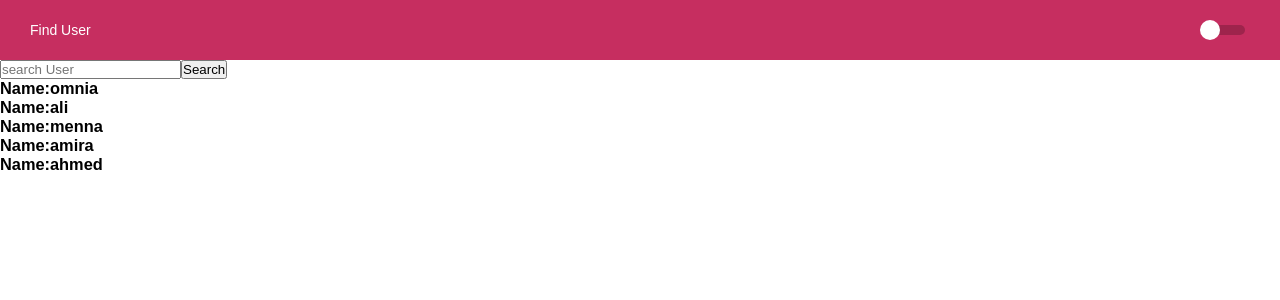
Repository: OmniaRafat232111121/Tic-Tac-Toe
Page: /
The author's editor kept a copy of each file at every save. The page is drawn from the files as they stood at one save, then again after a run of saves.
The browser window is 1280 px wide. The pictures show the whole page.
The project was rebuilt for these pictures with package versions that can differ from the ones it lists, and the page was loaded fresh each time.

Above is the page before, as saved 2022-09-20 16:55:21.

### src/index.tsx
import React from 'react';
import ReactDOM from 'react-dom/client';
import './index.css';
import App from './App';
const root = ReactDOM.createRoot(
  document.getElementById('root') as HTMLElement
);
root.render(
  <React.StrictMode>
    <App />
  </React.StrictMode>
);

### src/App.tsx
import React from 'react';
import { ThemeProvider, DefaultTheme } from 'styled-components';
import usePeristedState from './utils/usePersistedState'

import light from './styles/themes/light';
import dark from './styles/themes/dark';

import GlobalStyle from './styles/global';
import Header from './components/Header';
import UserFind from './components/UserFind/UserFind';

const App = () => {
  const [theme, setTheme] = usePeristedState<DefaultTheme>('theme', light);

  const toggleTheme = () => {
    setTheme(theme.title === 'light' ? dark : light);
  };

  return (
    <ThemeProvider theme={theme}>
      <div className="App">
        <GlobalStyle />
        <Header toggleTheme={toggleTheme} />
        <UserFind/>
      </div>
    </ThemeProvider>
  );
}

export default App;

### src/utils/usePersistedState.ts
import { useState, useEffect, Dispatch, SetStateAction } from 'react';

type Response<T> = [
  T,
  Dispatch<SetStateAction<T>>,
];

function usePersistedState<T>(key: string, initialState: T): Response<T> {
  const [state, setState] = useState(() => {
    const storageValue = localStorage.getItem(key);

    if (storageValue) {
      return JSON.parse(storageValue);
    } else {
      return initialState;
    }
  });

  useEffect(() => {
    localStorage.setItem(key, JSON.stringify(state));
  }, [key, state]);

  return [state, setState];
}

export default usePersistedState;

### src/styles/themes/light.ts
export default{
    title:'light',
    colors:{
        primary: '#C62E60',
        secundary: '#D63AF9',

        background: '#fff',
        text: '#000'
    },
}

### src/styles/themes/dark.ts
export default {
    title: 'dark',

    colors: {
      primary: '#C62E65',
      secundary: '#C62E65',
      background: '#000',
      text: '#fff'
    },
  };

### src/styles/global.ts
import { createGlobalStyle } from 'styled-components';
export default createGlobalStyle`
  * {
    margin: 0;
    padding: 0;
    box-sizing: border-box;
  }
  body {
    background: ${(props) => props.theme.colors.background};
    font-size: 14px;
    color: ${(props) => props.theme.colors.text};
    font-family: sans-serif;
  }
`;

### src/components/Header/index.tsx
import React,{useContext} from 'react'
import  {Container}  from './styles';
import Switch from 'react-switch'
import { ThemeContext } from 'styled-components';
import {shade} from 'polished'
interface toggleTheme{
toggleTheme():void
}
const Header:React.FC<toggleTheme>=({toggleTheme})=>{
    const {colors,title}=useContext(ThemeContext)
    return(
       <Container>
          Find User
        <Switch
        onChange={toggleTheme}
        checked={title==='dark'}
        checkedIcon={true}
        uncheckedIcon={false}
        height={10}
        width={40}
        handleDiameter={20}
        offColor={shade(0.20,colors.primary)}
        onColor={colors.secundary}
        />
       </Container>
    );
}
export default Header;

### src/components/UserFind/UserFind.tsx
import React,{useState} from 'react'
const UserFind:React.FC = () => {
    const users=[
        {
            name:'omnia',
            age:22,
            designation:'frontenddeveloper'
        },
        {
            name:'ali',
            age:26,
            designation:'backenddeveloper'
        },
        {
            name:'menna',
            age:20,
            designation:'frontenddeveloper'
        },
        {
            name:'amira',
            age:22,
            designation:'softwareengineer'
        },
        {
            name:'ahmed',
            age:28,
            designation:'softwareengineer'
        },

    ]
    const [text,setText]=useState('');
    const[userList,setUserList]=useState(users);
    return (

        <div>
            <div className="input_wrapper">
           <input
           type="text"
           placeholder='search User'
           value={text}
           onChange={(e)=>setText(e.target.value)}
           />
           <button>Search</button>
            </div>

            <div className="body">
                 {userList?.length>0 && userList?.map(user=>{
                    return(
                        <div className='body__item'>
                       <h3>Name:{user?.name}</h3>

                        </div>

                    )
                 })}
            </div>


        </div>
    )
}
export default UserFind;

### src/components/Header/styles.ts
import styled from "styled-components";
export const Container =styled.div`
height:60px;
background: ${props => props.theme.colors.primary};
color: #FFF;
display:flex;
align-items:center;
justify-content:space-between;
padding:0 30px;
`;

Loaded but not shown: public/index.html (common file); src/index.css (common file)

After the next 6 saves:
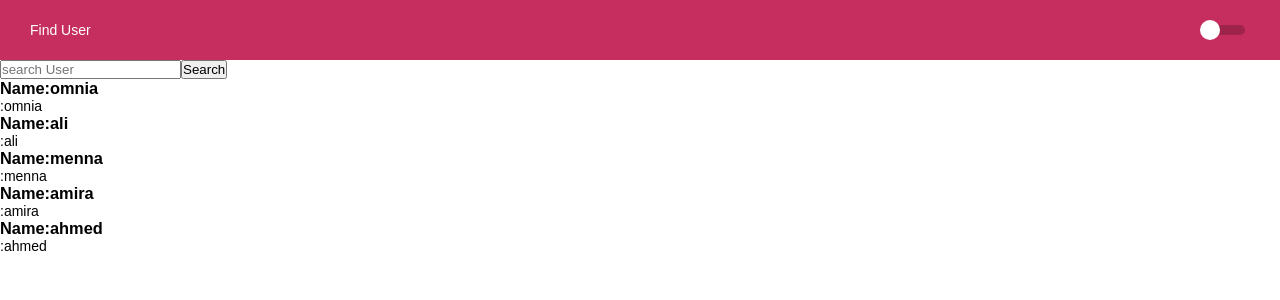
The 6 saves are shown as one change because they came seconds apart.
The last was saved 16 s later.
--- a/src/components/UserFind/UserFind.tsx
+++ b/src/components/UserFind/UserFind.tsx
@@ -48,6 +48,7 @@ const UserFind:React.FC = () => {
                     return(
                         <div className='body__item'>
                        <h3>Name:{user?.name}</h3>
+                       <p>:{user?.name}</p>
 
                         </div>
 
